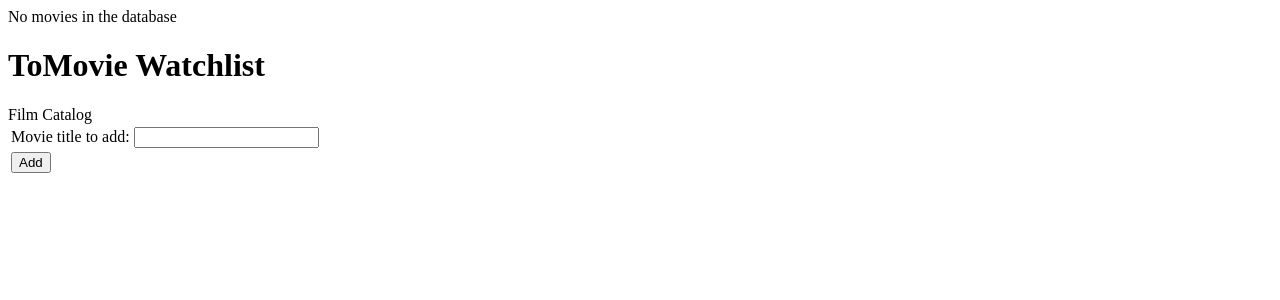
Repository: dannie-su-sjsu/CS157A-team6
Page: http://localhost/ToMovie/movie.jsp
The author's editor kept a copy of each file at every save. The page is drawn from the files as they stood at one save, then again after the next save.
The browser window is 1280 px wide. The pictures show the whole page.
The page is served by Tomcat 9. Queries for data that is not in the repository find no rows.

Above is the page before, as saved 2023-07-16 03:20:35.

After the next save:
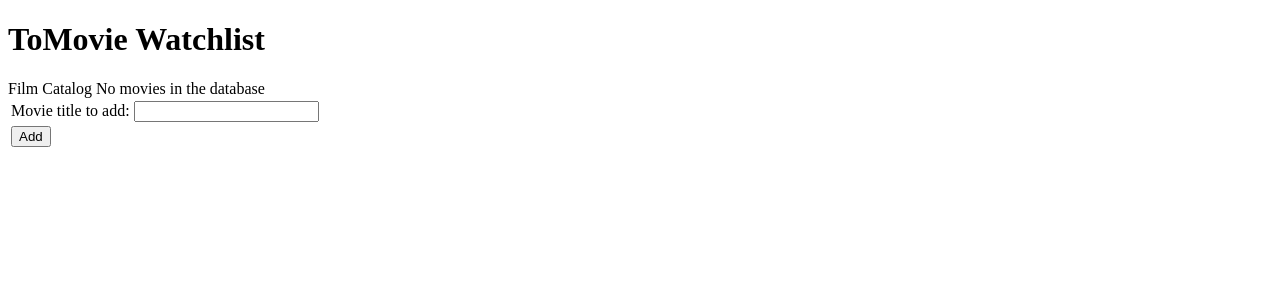
Saved 113 s later.
--- a/ToMovie/src/main/webapp/movie.jsp
+++ b/ToMovie/src/main/webapp/movie.jsp
@@ -8,6 +8,10 @@
 <title>MovieList</title>
 </head>
 <body>
+<div align = left>
+<h1>ToMovie Watchlist</h1>
+</div>
+Film Catalog
 <%
 try{
 	//establishing connection with MySQL database
@@ -35,11 +39,8 @@ catch(Exception e){
 	e.getStackTrace();
 }
 %>
-<div align = left>
-<h1>ToMovie Watchlist</h1>
-</div>
-Film Catalog
 
+<%//*** ADDING FILMS FUNCTION ***///%>
 <form action ="MovieServlet" method="post">
 <table>
 <tr><td> Movie title to add: </td><td><input type = text name = title></td></tr>
